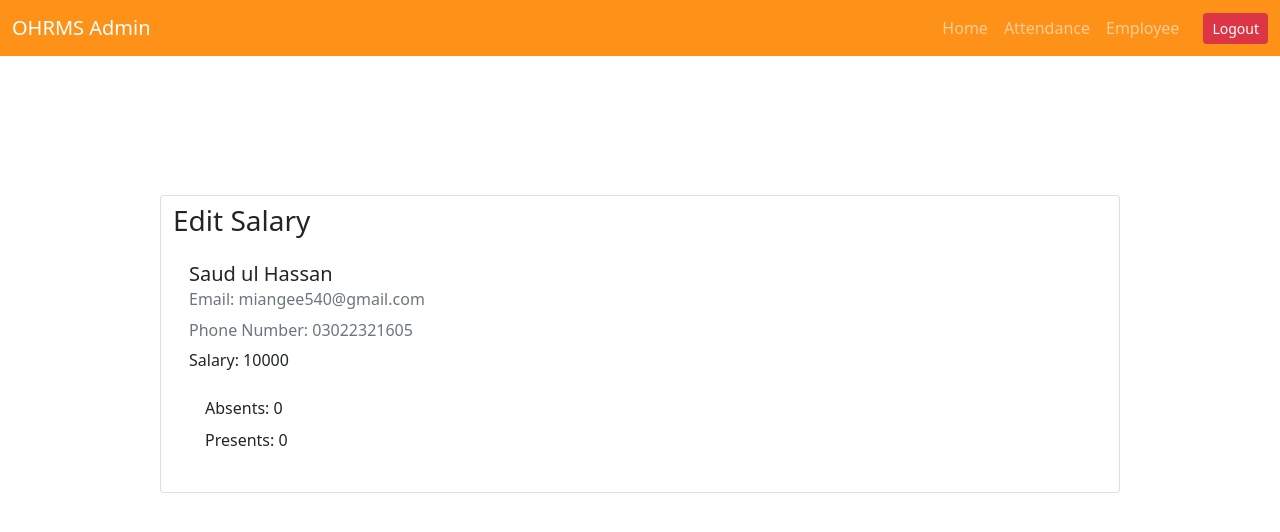
Repository: SaudCh/PHP-OHRMS
Page: http://localhost/admin/edit-salary?id=49
An editor plug-in stored every save of this project. The page is shown before and after the next save, followed by the edit.
The browser window is 1280 px wide. The pictures show the whole page.
Some web libraries are served in a nearby version. The page is run by PHP 8.4 with error messages shown; the project is at /var/www/html/. The session is filled in as if someone had signed in: {"admin": "admin@ohrm.com"}. The database holds what the project's SQL file puts in it. Queries for data that is not in the repository find no rows.

Above is the page before, as saved 2022-06-05 22:41:11.

After the next save:
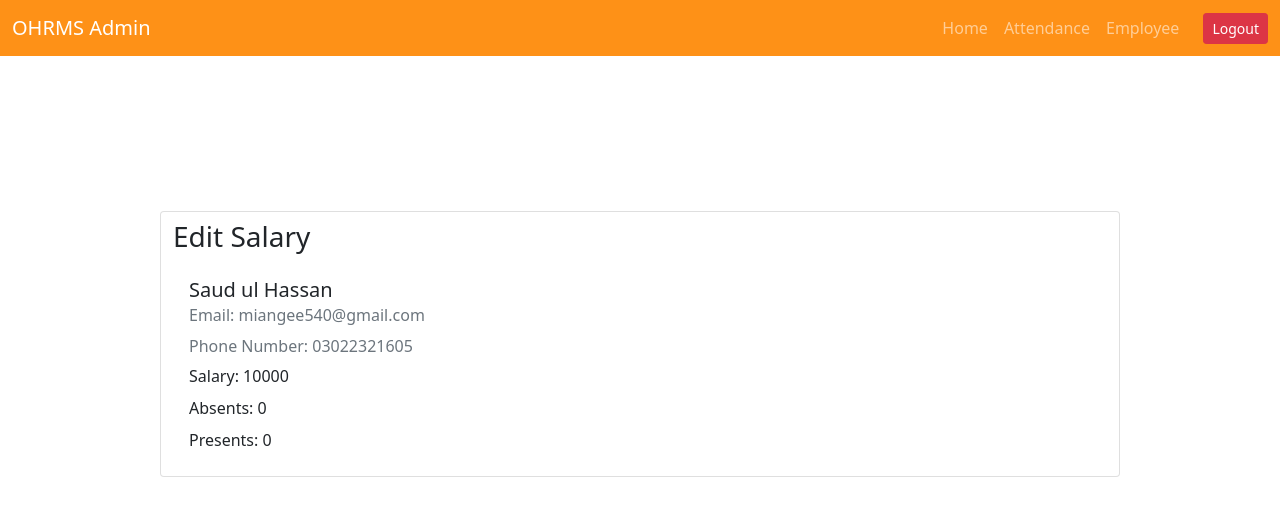
Saved 8 s later.
--- a/admin/edit-salary.php
+++ b/admin/edit-salary.php
@@ -56,14 +56,14 @@
                         }
                     }
                     ?>
-                    <div class="card-body">
-                        <p class="card-text p-0 m-0 mb-2">Absents: <?= $absent ?></p>
-                        <p class="card-text p-0 m-0 mb-2">Presents: <?= $present ?></p>
-                    </div>
 
+                    <p class="card-text p-0 m-0 mb-2">Absents: <?= $absent ?></p>
+                    <p class="card-text p-0 m-0 mb-2">Presents: <?= $present ?></p>
                         </div>
+
             </div>
         </div>
+    </div>
 </body>
 
 </html>
